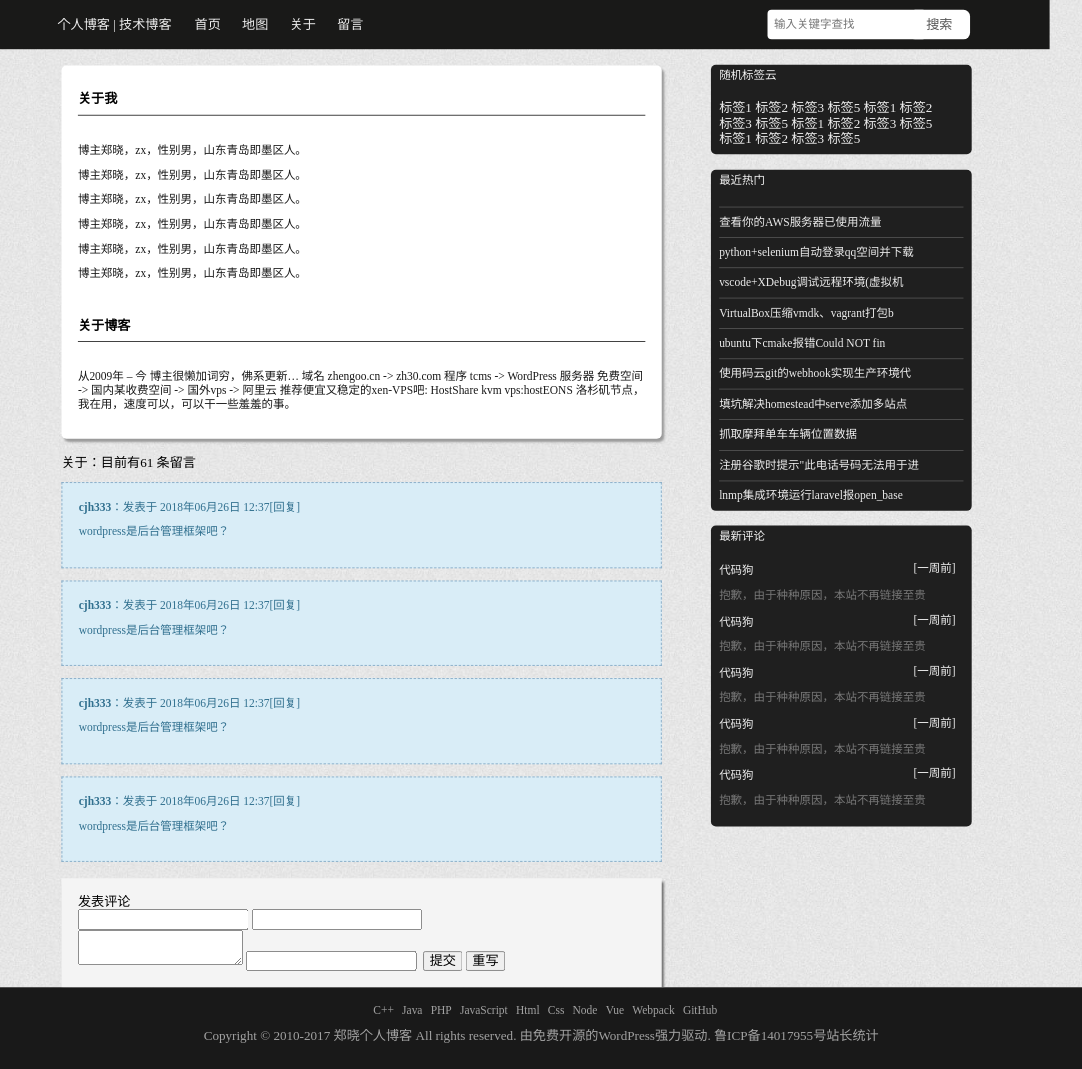
Repository: li1214/my_blog
Page: page/about.html
An editor plug-in stored every save of this project. The page is shown before and after the next save, followed by the edit.
The browser window is 1280 px wide. The page is 1320 px wide, so the pictures cover 1320 px, including what lies to the right of the window. The pictures show the whole page, at 82% of full size.

Above is the page before, as saved 2019-01-04 14:37:17.

### page/about.html
<!DOCTYPE html>
<html lang="en">

<head>
    <meta charset="UTF-8" />
    <meta name="viewport" content="width=device-width, initial-scale=1.0" />
    <meta http-equiv="X-UA-Compatible" content="ie=edge" />
    <title>个人博客</title>
    <link href="./css/base.css" rel="stylesheet" type="text/css" />
    <link href="./css/about.css" rel="stylesheet" type="text/css" />
</head>

<body>
    <header>
        <div class="container">
            <a>个人博客 | 技术博客</a>
            <ul>
                <li><a href="">首页</a></li>
                <li><a href="">地图</a></li>
                <li><a href="">关于</a></li>
                <li><a href="">留言</a></li>
            </ul>
            <div class="search">
                <input type="text" placeholder="输入关键字查找" />
                <button>搜索</button>
            </div>
        </div>
    </header>
    <div class="content">
        <div class="content-left">
            <div class='about'>
                <div class='about-me'>
                    <h4>关于我</h4>
                    <p>博主郑晓，zx，性别男，山东青岛即墨区人。</p>
                    <p>博主郑晓，zx，性别男，山东青岛即墨区人。</p>
                    <p>博主郑晓，zx，性别男，山东青岛即墨区人。</p>
                    <p>博主郑晓，zx，性别男，山东青岛即墨区人。</p>
                    <p>博主郑晓，zx，性别男，山东青岛即墨区人。</p>
                    <p>博主郑晓，zx，性别男，山东青岛即墨区人。</p>
                </div>
                <div class='about-blog'>
                    <h4>关于博客</h4>
                    <p>从2009年 – 今
                    博主很懒加词穷，佛系更新…
                    域名 zhengoo.cn -> zh30.com
                    程序 tcms -> WordPress
                    服务器 免费空间 -> 国内某收费空间 -> 国外vps -> 阿里云

                    推荐便宜又稳定的xen-VPS吧: HostShare
                    kvm vps:hostEONS 洛杉矶节点，我在用，速度可以，可以干一些羞羞的事。</p>
                </div>
            </div>
            <div class='liuyan'>
                <span>关于：目前有61 条留言</span>
                <div class='liuyan-item'>
                    <span><b>cjh333</b>：发表于 2018年06月26日 12:37[回复]</span>
                    <p>wordpress是后台管理框架吧？</p>
                </div>
                <div class='liuyan-item'>
                    <span><b>cjh333</b>：发表于 2018年06月26日 12:37[回复]</span>
                    <p>wordpress是后台管理框架吧？</p>
                </div>
                <div class='liuyan-item'>
                    <span><b>cjh333</b>：发表于 2018年06月26日 12:37[回复]</span>
                    <p>wordpress是后台管理框架吧？</p>
                </div>
                <div class='liuyan-item'>
                    <span><b>cjh333</b>：发表于 2018年06月26日 12:37[回复]</span>
                    <p>wordpress是后台管理框架吧？</p>
                </div>
            </div>
            <div class='subly'>
                <form action="">
                    <span>发表评论</span>
                    <div>
                        <input type="text">
                        <input type="email">
                    </div>
                    <textarea></textarea>
                    <input type="text">
                    <img>
                    <button class='submit'>提交</button>
                    <button class='reset'>重写</button>
                </form>
            </div>
        </div>
        <div class="content-right">
            <div class="right-box">
                <h4>随机标签云</h4>
                <div class="contents">
                    <a>标签1</a> <a>标签2</a> <a>标签3</a> <a>标签5</a> <a>标签1</a>
                    <a>标签2</a> <a>标签3</a> <a>标签5</a> <a>标签1</a> <a>标签2</a>
                    <a>标签3</a> <a>标签5</a> <a>标签1</a> <a>标签2</a> <a>标签3</a>
                    <a>标签5</a>
                </div>
            </div>
            <div class="right-box" style="padding-bottom: 0;">
                <h4>最近热门</h4>
                <div class="contents">
                    <ul class="list-group">
                        <li class="list-group-item">
                            <a href="https://www.zh30.com/aws-ec2-cloudwatch.html">查看你的AWS服务器已使用流量</a>
                        </li>
                        <li class="list-group-item">
                            <a href="https://www.zh30.com/python-selenium-qqzone-album.html">python+selenium自动登录qq空间并下载</a>
                        </li>
                        <li class="list-group-item">
                            <a href="https://www.zh30.com/vscode-xdebug-remote-vagrant-php.html">vscode+XDebug调试远程环境(虚拟机</a>
                        </li>
                        <li class="list-group-item">
                            <a href="https://www.zh30.com/virtualbox-vmdk-vagrant-box.html">VirtualBox压缩vmdk、vagrant打包b</a>
                        </li>
                        <li class="list-group-item">
                            <a href="https://www.zh30.com/ubuntu-cmake-could-not-find-boost.html">ubuntu下cmake报错Could
                                NOT fin</a>
                        </li>
                        <li class="list-group-item">
                            <a href="https://www.zh30.com/webhook-git-pull.html">使用码云git的webhook实现生产环境代</a>
                        </li>
                        <li class="list-group-item">
                            <a href="https://www.zh30.com/homestead-serve-add-sites.html">填坑解决homestead中serve添加多站点</a>
                        </li>
                        <li class="list-group-item">
                            <a href="https://www.zh30.com/crawl-mobike-location.html">抓取摩拜单车车辆位置数据</a>
                        </li>
                        <li class="list-group-item">
                            <a href="https://www.zh30.com/google-register-phone-verification.html">注册谷歌时提示"此电话号码无法用于进</a>
                        </li>
                        <li class="list-group-item">
                            <a href="https://www.zh30.com/lnmp-laravel-open_basedir.html">lnmp集成环境运行laravel报open_base</a>
                        </li>
                    </ul>
                </div>
            </div>
            <div class="right-box">
                <h4>最新评论</h4>
                <div class="contents">
                    <div class='item'>
                        <div class='item-title'>
                            <span>代码狗</span>
                            <span class='spanr'>[一周前]</span>
                        </div>
                        <p class='item-comtebt'>
                            抱歉，由于种种原因，本站不再链接至贵
                        </p>
                    </div>
                    <div class='item'>
                        <div class='item-title'>
                            <span>代码狗</span>
                            <span class='spanr'>[一周前]</span>
                        </div>
                        <p class='item-comtebt'>
                            抱歉，由于种种原因，本站不再链接至贵
                        </p>
                    </div>
                    <div class='item'>
                        <div class='item-title'>
                            <span>代码狗</span>
                            <span class='spanr'>[一周前]</span>
                        </div>
                        <p class='item-comtebt'>
                            抱歉，由于种种原因，本站不再链接至贵
                        </p>
                    </div>
                    <div class='item'>
                        <div class='item-title'>
                            <span>代码狗</span>
                            <span class='spanr'>[一周前]</span>
                        </div>
                        <p class='item-comtebt'>
                            抱歉，由于种种原因，本站不再链接至贵
                        </p>
                    </div>
                    <div class='item'>
                        <div class='item-title'>
                            <span>代码狗</span>
                            <span class='spanr'>[一周前]</span>
                        </div>
                        <p class='item-comtebt'>
                            抱歉，由于种种原因，本站不再链接至贵
                        </p>
                    </div>
                </div>
            </div>
        </div>
    </div>
    <footer>
        <ul>
            <li>C++</li>
            <li>Java</li>
            <li>PHP</li>
            <li>JavaScript</li>
            <li>Html</li>
            <li>Css</li>
            <li>Node</li>
            <li>Vue</li>
            <li>Webpack</li>
            <li>GitHub</li>
        </ul>
        <p>Copyright © 2010-2017 郑晓个人博客 All rights reserved. 由免费开源的WordPress强力驱动. 鲁ICP备14017955号站长统计</p>
    </footer>
</body>

</html>

### page/css/base.css
html {line-height: 1.15; /* 1 */-webkit-text-size-adjust: 100%; /* 2 */}
body {margin: 0;}
@font-face{
    font-family: 'myicon';
    src: url('../font/glyphicons-halflings-regular.woff2')
}
ul{padding: 0}
main {
  display: block;
}
h1 {
  font-size: 2em;
  margin: 0.67em 0;
}
hr {
  box-sizing: content-box; /* 1 */
  height: 0; /* 1 */
  overflow: visible; /* 2 */
}
pre {
  font-family: monospace, monospace; /* 1 */
  font-size: 1em; /* 2 */
}
a {
  background-color: transparent;
}
abbr[title] {
  border-bottom: none; /* 1 */
  text-decoration: underline; /* 2 */
  text-decoration: underline dotted; /* 2 */
}
b,
strong {
  font-weight: bolder;
}
code,
kbd,
samp {
  font-family: monospace, monospace; /* 1 */
  font-size: 1em; /* 2 */
}
small {
  font-size: 80%;
}
sub,
sup {
  font-size: 75%;
  line-height: 0;
  position: relative;
  vertical-align: baseline;
}
sub {
  bottom: -0.25em;
}
sup {
  top: -0.5em;
}
img {
  border-style: none;
}
button,
input,
optgroup,
select,
textarea {
  font-family: inherit; /* 1 */
  font-size: 100%; /* 1 */
  line-height: 1.15; /* 1 */
  margin: 0; /* 2 */
}
button,
input { /* 1 */
  overflow: visible;
}
button,
select { /* 1 */
  text-transform: none;
}
button,
[type="button"],
[type="reset"],
[type="submit"] {
  -webkit-appearance: button;
}
button::-moz-focus-inner,
[type="button"]::-moz-focus-inner,
[type="reset"]::-moz-focus-inner,
[type="submit"]::-moz-focus-inner {
  border-style: none;
  padding: 0;
}
button:-moz-focusring,
[type="button"]:-moz-focusring,
[type="reset"]:-moz-focusring,
[type="submit"]:-moz-focusring {
  outline: 1px dotted ButtonText;
}
fieldset {
  padding: 0.35em 0.75em 0.625em;
}
legend {
  box-sizing: border-box; /* 1 */
  color: inherit; /* 2 */
  display: table; /* 1 */
  max-width: 100%; /* 1 */
  padding: 0; /* 3 */
  white-space: normal; /* 1 */
}
progress {
  vertical-align: baseline;
}
textarea {
  overflow: auto;
}

[type="checkbox"],
[type="radio"] {
  box-sizing: border-box; /* 1 */
  padding: 0; /* 2 */
}
[type="number"]::-webkit-inner-spin-button,
[type="number"]::-webkit-outer-spin-button {
  height: auto;
}

[type="search"] {
  -webkit-appearance: textfield; /* 1 */
  outline-offset: -2px; /* 2 */
}

[type="search"]::-webkit-search-decoration {
  -webkit-appearance: none;
}
::-webkit-file-upload-button {
  -webkit-appearance: button; /* 1 */
  font: inherit; /* 2 */
}
details {
  display: block;
}
summary {
  display: list-item;
}
template {
  display: none;
}
[hidden] {
  display: none;
}
a{text-decoration: none;}
/* ========================================================== css reset ========================================================== */

body {
    width: 100%;
    height: 100%;
    background-image: url(../image/bg.jpg);
    background-repeat: repeat;
    overflow-x: hidden;
}

header{
    width: 100%;
    height: 60px;
    background-color: #191918;
}
header .container {
    width:1170px;
    height: 100%;
    margin: 0 auto;
}
header .container>a{
    display: block;
    float: left;
    color: #eee;
    line-height: 60px;
    margin: 0 15px;
    font-size: 16px;
}
header .container>ul{
    float: left;
    margin: 0;
    padding: 0;
}
header .container>ul>li{
    display: inline-block;
    float: left;
}
header .container>ul>li a{
    color: #eee;
    display: inline-block;
    height: 60px;
    width: 58px;
    line-height: 60px;
    text-align: center;
}
header .container .search{
    float: right;
    height: 100%;
    position: relative;
    right: 117px;
}
header .container .search>input{
    display: inline-block;
    position: absolute;
    height: 26px;
    padding: 5px 8px;
    border-radius: 5px;
    border:none;
    outline: none;
    font-size: 14px;
    margin-top: 12px;
    left: -172px;
}
header .container .search > button{
    outline: none;
    display: inline-block;
    position: absolute;
    width: 75px;
    height: 36px;
    padding: 5px 10px;
    border-radius: 8px;
    margin-top: 12px;
    cursor: pointer;
    color: #555;
    background-color: white;
    border: none;
}
/* ============================================================== header end ===================================================================== */
.content {
    width: 1170px;
    margin: 0 auto;
    position: relative;
    overflow: hidden;
}
.content .content-left{
    float: left;
    width: 66%;
    box-sizing: border-box;
    padding: 0 20px;
}
.content .content-right{
    float: right;
    width: 34%;
    box-sizing: border-box;
}
.right-box{
    background-color: #1f1f1f;
    margin-top: 20px;
    width: 80%;
    margin: 0 auto;
    box-sizing: border-box;
    border-radius: 6px;
    padding-bottom: 10px;
}
.right-box>h4 {
    color: #f4f4f4;
    font-weight: normal;
    padding: 5px 10px;
    font-size: 14px;
}
.right-box .contents{
    color: #eee;
    padding: 0 10px 0px 10px;
}
/* .right-box .contents a::after{
    display: block;
    content: '';
    overflow: hidden;
    clear: both;
    position: absolute;
} */
.right-box .contents>a{
    display: inline-block;
}
.right-box .contents li{
    width: 100%;
    list-style: none;
    white-space:nowrap;
    overflow: hidden;
   text-overflow: ellipsis;
    border-top:1px solid #555;
}
.right-box .contents li a{
    font-size: 14px;
    display: inline-block;
    color: #eee;
    padding: 10px 0;
}
.right-box .item .item-title{position: relative;}
.right-box .item .item-title span{display: inline-block;font-size: 14px;font-weight: normal;}
.right-box .item .item-title span.spanr{
    position: absolute;
    right: 10px;
}
.right-box .item > p{color: #777;font-size: 14px;}


/* =====================================================================  footer start ================================================================= */

footer{
    width: 100%;
    height: 60px;
    background: #191919;
    text-align: center;
    padding: 20px;
}
footer ul{
    display: inline-block;
    margin:  0 auto;
    text-align: center;
}
footer ul li{
    display: inline-block;
    color: #a2a2a2;
    float: left;
    font-size: 14px;
    margin-left: 10px;
    cursor: pointer;
    text-align: center;
}
footer p {
    margin-top: 10px;
    color: #a2a2a2;
}
/* ================================================================= 发布留言的样式 ================================================================== */
.subly{
  width: 100%;
  box-sizing: border-box;
  padding: 20px;
}

### page/css/about.css

.about{
    width: 100%;
    background-color: #fff;
    border-radius: 6px;
    padding: 0 20px 20px 20px;
    margin-top: 20px;
    box-shadow: 3px 4px 3px #999;
    box-sizing: border-box;
}
.about-me > h4,.about-blog > h4{
    display: inline-block;
    padding: 10px 0;
    width: 100%;
    border-bottom: 1px solid #191919;
}
.about-me p,.about-blog > p{
    color: #191919;
    font-size: 14px;
}
.liuyan{
    width: 100%;
    margin-top: 20px;
}
.liuyan-item{
    width: 100%;
    border:1px #7ca4c1 dashed;
    background-color: #d9edf7;
    margin-top: 15px;
    padding: 20px;
    box-sizing: border-box;
}
.liuyan-item span,.liuyan-item p{
    font-size: 14px;
    color: #31708f;
}
.subly{
    width: 100%;
    margin-top: 20px;
    background-color: #f4f4f4;
    box-shadow: 3px 4px 3px #666;
}

After the next save:
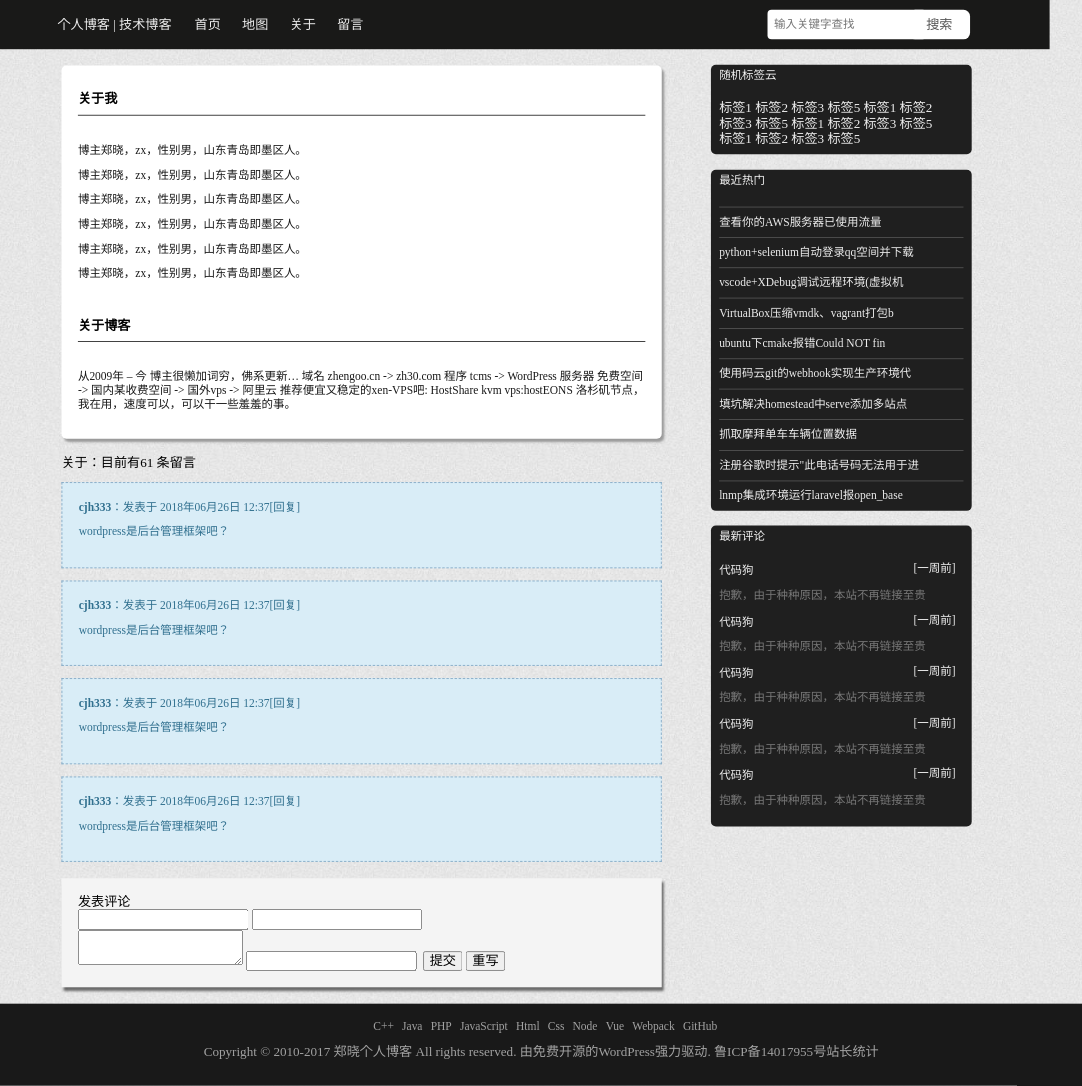
Saved 18 s later.
--- a/page/css/base.css
+++ b/page/css/base.css
@@ -327,4 +327,5 @@ footer p {
   width: 100%;
   box-sizing: border-box;
   padding: 20px;
-}
+  margin-bottom: 20px;
+}
